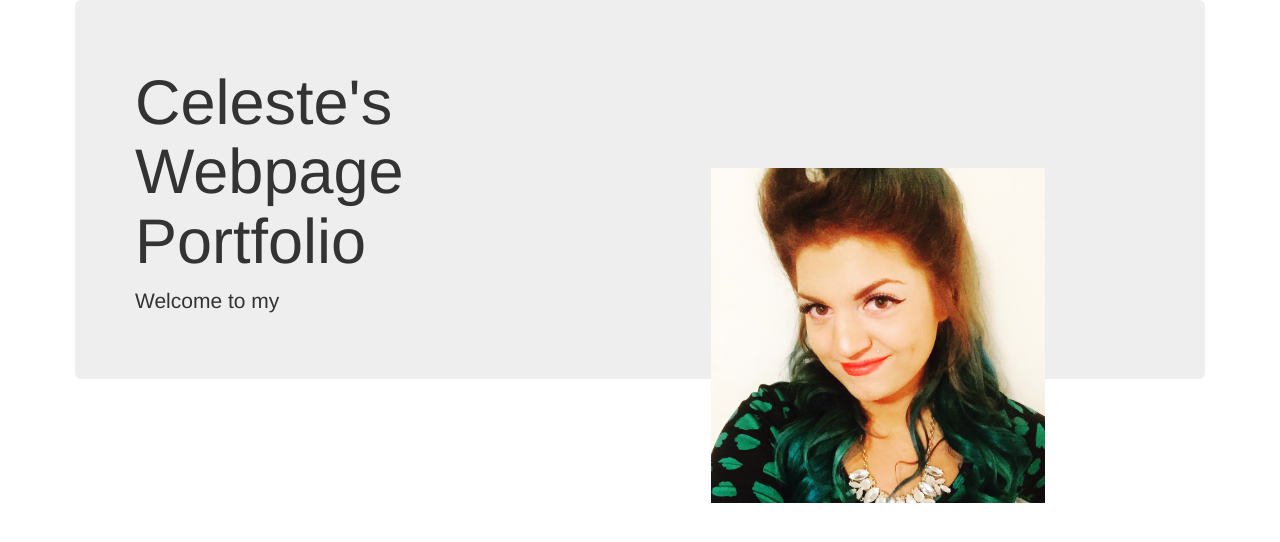
Repository: fieldceleste/portfolio-celeste
Page: portfolio-celeste.html
These files come from the project's save history. The page is drawn as it stood at one moment and after the next save; the edit follows.
The browser window is 1280 px wide. The pictures show the whole page.

Above is the page before, as saved 2019-11-01 12:14:19.

After the next save:
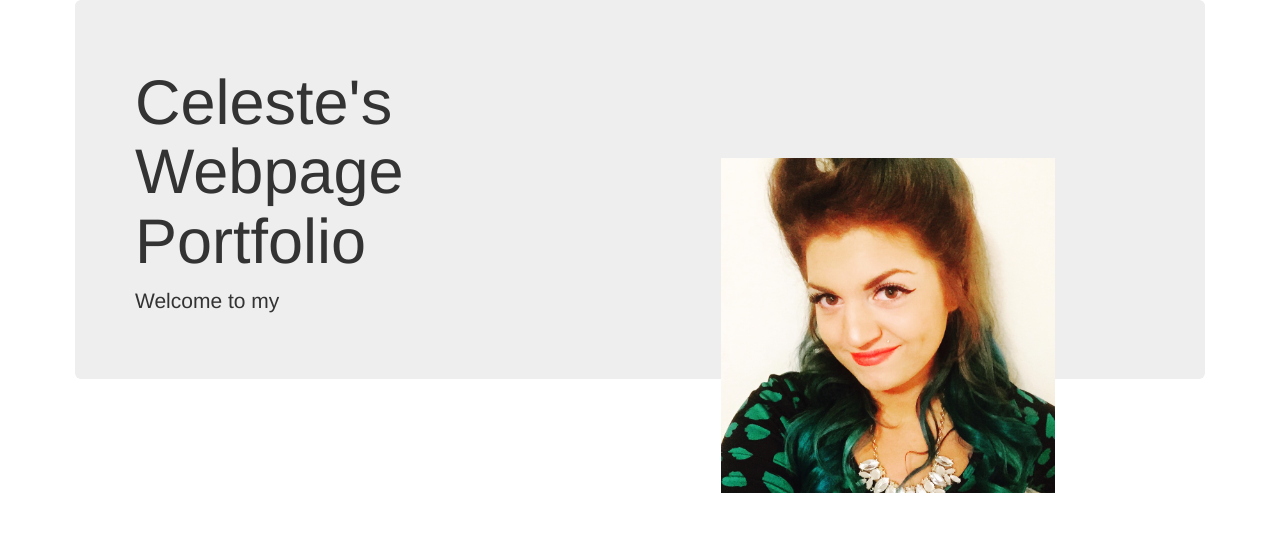
Saved 7 s later.
--- a/css/styles.css
+++ b/css/styles.css
@@ -3,5 +3,5 @@ float:right;
 width: 45%;
 height:45%;
 padding: 60px;
-margin: 40px;
+margin: 30px;
 }
